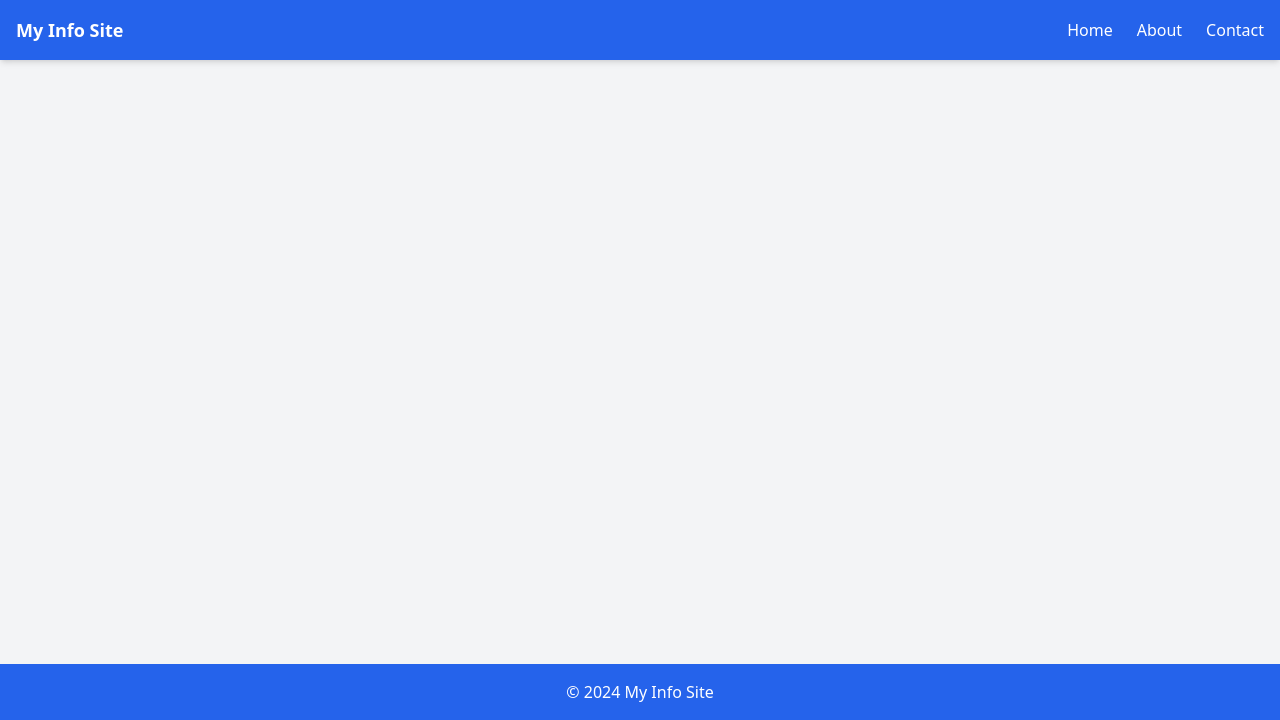
Repository: SmanSayeed/culture
Page: /
An editor plug-in stored every save of this project. The page is shown before and after the next save, followed by the edit.
The browser window is 1280 px wide. The pictures show the whole page.
The project was rebuilt for these pictures with package versions that can differ from the ones it lists, and the page was loaded fresh each time. The framework's server and built-in components were replaced by stand-ins that run in the browser. Also part of the build but not shown: next.config.ts, vite.config.ts.

Above is the page before, as saved 2024-10-30 14:43:37.

After the next save:
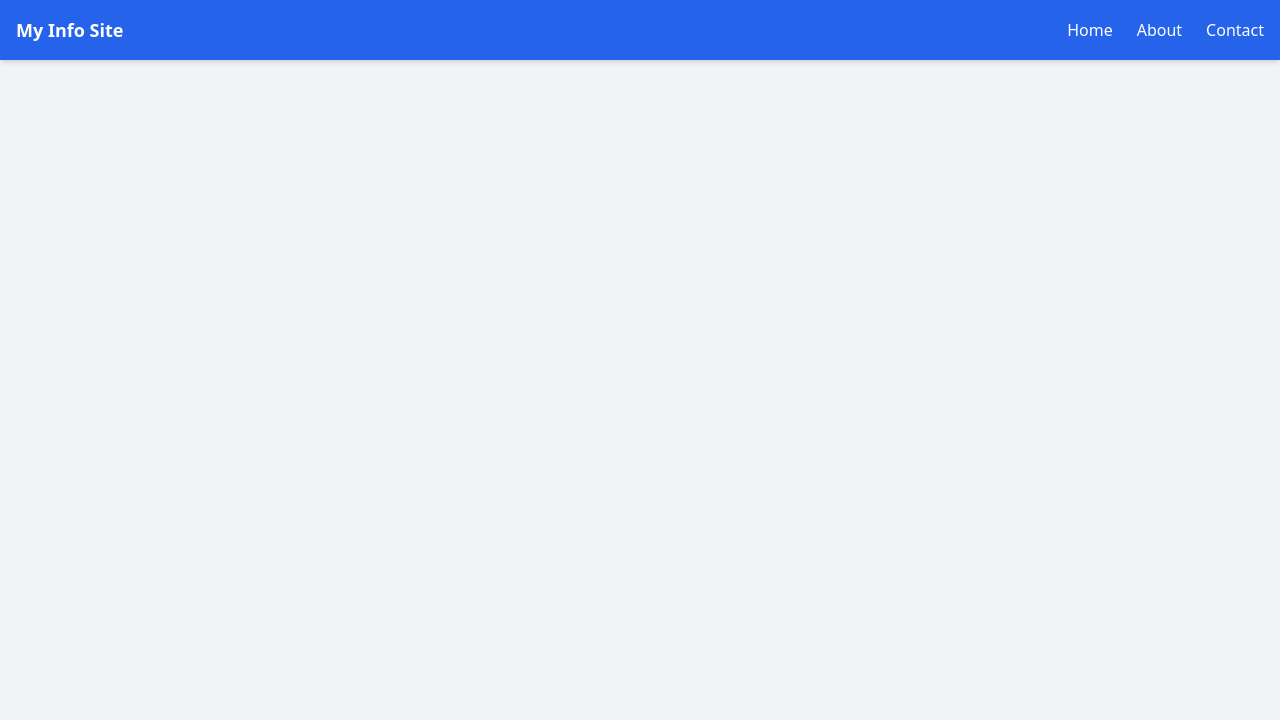
Saved 49 s later.
--- a/src/components/Layout/Layout.tsx
+++ b/src/components/Layout/Layout.tsx
@@ -80,10 +80,6 @@ const Layout: React.FC<LayoutProps> = ({ children }) => {
       {/* Main Content */}
       <main className="flex-grow container mx-auto px-4 py-8">{children}</main>
 
-      {/* Footer */}
-      <footer className="bg-blue-600 text-white py-4 text-center">
-        <p>&copy; {new Date().getFullYear()} My Info Site</p>
-      </footer>
     </div>
   );
 };
